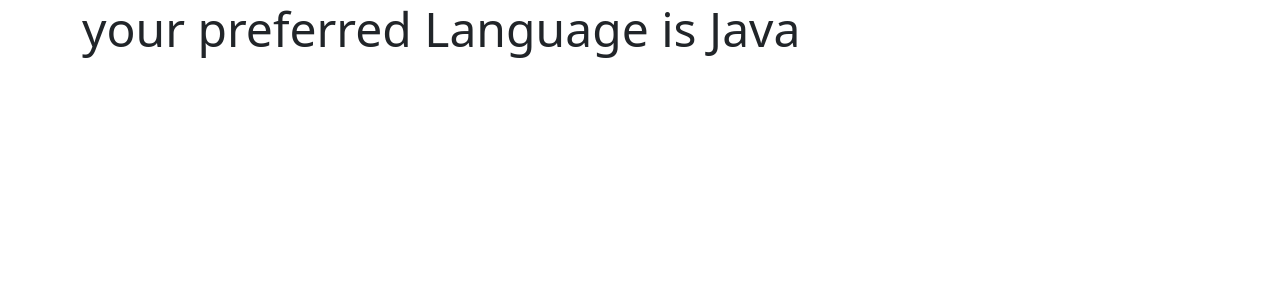
Repository: valletivarish/monojsp
Page: http://localhost/04-jsp-cookie-demo/cookie-home.jsp
An editor plug-in stored every save of this project. The page is shown before and after the next save, followed by the edit.
The browser window is 1280 px wide. The pictures show the whole page.
The page is served by Tomcat 9.

Above is the page before, as saved 2024-07-15 06:59:17.

### 04-jsp-cookie-demo/WebContent/cookie-home.jsp
<%@ page language="java" contentType="text/html; charset=ISO-8859-1"
    pageEncoding="ISO-8859-1"%>
<!DOCTYPE html>
<html>
<head>
<meta charset="ISO-8859-1">
<title>Insert title here</title>
<link href="https://cdn.jsdelivr.net/npm/bootstrap@5.0.2/dist/css/bootstrap.min.css" rel="stylesheet" integrity="sha384-EVSTQN3/azprG1Anm3QDgpJLIm9Nao0Yz1ztcQTwFspd3yD65VohhpuuCOmLASjC" crossorigin="anonymous">
</head>
<body>
	<%
		String favouriteLanguage="Java";
		Cookie[] cookies=request.getCookies();
		if(cookies!=null){
			for(Cookie c:cookies){
				if(c.getName().equals("favouriteLanguage")){
					favouriteLanguage=c.getValue();
				}
			}
		}

	%>
	<div class="container">
		<h2 class="display-5">your preferred Language is <%=favouriteLanguage %></h2>
	</div>
</body>
</html>

After the next save:
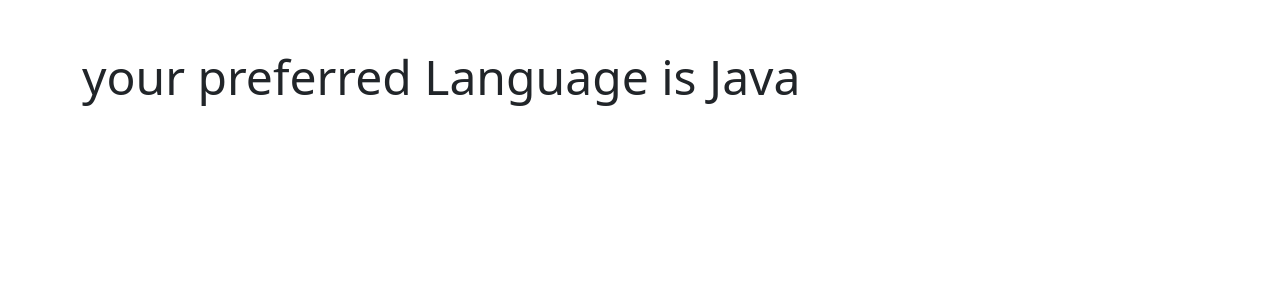
Saved 12 s later.
--- a/04-jsp-cookie-demo/WebContent/cookie-home.jsp
+++ b/04-jsp-cookie-demo/WebContent/cookie-home.jsp
@@ -20,7 +20,7 @@
 		}
 
 	%>
-	<div class="container">
+	<div class="container my-5">
 		<h2 class="display-5">your preferred Language is <%=favouriteLanguage %></h2>
 	</div>
 </body>
